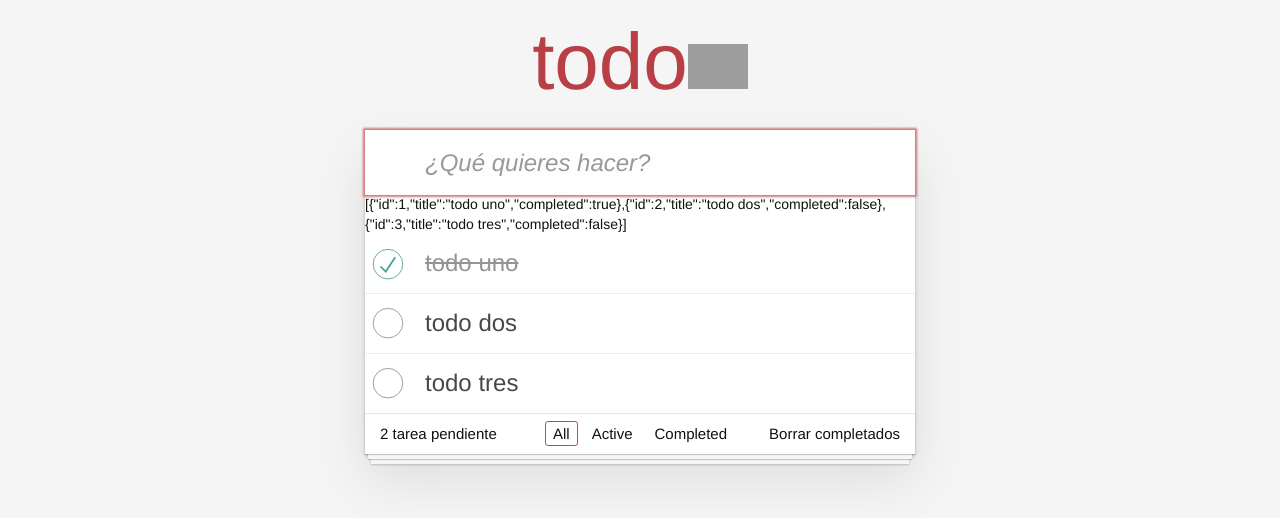
Repository: drsamame/todo-typescript
Page: /
These files come from the project's save history. The page is drawn as it stood at one moment and after the next save; the edit follows.
The browser window is 1280 px wide. The pictures show the whole page.
Pictures or frames that could not be fetched are drawn as grey boxes. The project was rebuilt for these pictures with package versions that can differ from the ones it lists, and the page was loaded fresh each time. Also part of the build but not shown: vite.config.ts.

Above is the page before, as saved 2024-02-29 02:23:50.

### src/App.tsx
import { Todos } from './Components/Todos'
import { Footer } from './Components/Footer'
import { useTodo } from './hooks/useTodo'
import { Header } from './Components/Header'
import { TodoProvider } from './context/todoContext'

const App = (): JSX.Element => {
  const {
    filterSelected,
    activeCount,
    completedCount,
    handleFilterChange,
    filteredTodos,
    handleRemoveAllTodos,
    handleCompleted,
    handleSaveTodo
  } = useTodo()
  return (
    <>
      <div className='todoapp'>
        <TodoProvider>
          <Header saveTodo={handleSaveTodo} />
          {JSON.stringify(filteredTodos)}
          <Todos
            onToggleCompleteTodo={handleCompleted}
          />
          <Footer
            handleFilterChange={handleFilterChange}
            completedCount={completedCount}
            activeCount={activeCount}
            filterSelected={filterSelected}
            onClearCompleted={handleRemoveAllTodos}
          />
        </TodoProvider>
      </div>
    </>
  )
}

export default App

### src/index.css
@charset 'utf-8';

html,
body {
	margin: 0;
	padding: 0;
}

button {
	margin: 0;
	padding: 0;
	border: 0;
	background: none;
	font-size: 100%;
	vertical-align: baseline;
	font-family: inherit;
	font-weight: inherit;
	color: inherit;
	-webkit-appearance: none;
	appearance: none;
	-webkit-font-smoothing: antialiased;
	-moz-osx-font-smoothing: grayscale;
}

body {
	font: 14px 'Helvetica Neue', Helvetica, Arial, sans-serif;
	line-height: 1.4em;
	background: #f5f5f5;
	color: #111111;
	min-width: 230px;
	max-width: 550px;
	margin: 0 auto;
	-webkit-font-smoothing: antialiased;
	-moz-osx-font-smoothing: grayscale;
	font-weight: 300;
}

.hidden {
	display: none;
}

.todoapp {
	background: #fff;
	margin: 130px 0 40px 0;
	position: relative;
	box-shadow: 0 2px 4px 0 rgba(0, 0, 0, 0.2),
	            0 25px 50px 0 rgba(0, 0, 0, 0.1);
}

.todoapp input::-webkit-input-placeholder {
	font-style: italic;
	font-weight: 400;
	color: rgba(0, 0, 0, 0.4);
}

.todoapp input::-moz-placeholder {
	font-style: italic;
	font-weight: 400;
	color: rgba(0, 0, 0, 0.4);
}

.todoapp input::input-placeholder {
	font-style: italic;
	font-weight: 400;
	color: rgba(0, 0, 0, 0.4);
}

.todoapp h1 {
	position: absolute;
	top: -140px;
	width: 100%;
	font-size: 80px;
	font-weight: 200;
	text-align: center;
	color: #b83f45;
	-webkit-text-rendering: optimizeLegibility;
	-moz-text-rendering: optimizeLegibility;
	text-rendering: optimizeLegibility;
}

.new-todo,
.edit {
	position: relative;
	margin: 0;
	width: 100%;
	font-size: 24px;
	font-family: inherit;
	font-weight: inherit;
	line-height: 1.4em;
	color: inherit;
	padding: 6px;
	border: 1px solid #999;
	box-shadow: inset 0 -1px 5px 0 rgba(0, 0, 0, 0.2);
	box-sizing: border-box;
	-webkit-font-smoothing: antialiased;
	-moz-osx-font-smoothing: grayscale;
}

.new-todo {
	padding: 16px 16px 16px 60px;
	height: 65px;
	border: none;
	background: rgba(0, 0, 0, 0.003);
	box-shadow: inset 0 -2px 1px rgba(0,0,0,0.03);
}

.main {
	position: relative;
	z-index: 2;
	border-top: 1px solid #e6e6e6;
}

.toggle-all {
	width: 1px;
	height: 1px;
	border: none; /* Mobile Safari */
	opacity: 0;
	position: absolute;
	right: 100%;
	bottom: 100%;
}

.toggle-all + label {
	display: flex;
	align-items: center;
	justify-content: center;
	width: 45px;
	height: 65px;
	font-size: 0;
	position: absolute;
	top: -65px;
	left: -0;
}

.toggle-all + label:before {
	content: '❯';
	display: inline-block;
	font-size: 22px;
	color: #949494;
	padding: 10px 27px 10px 27px;
	-webkit-transform: rotate(90deg);
	transform: rotate(90deg);
}

.toggle-all:checked + label:before {
	color: #484848;
}

.todo-list {
	margin: 0;
	padding: 0;
	list-style: none;
}

.todo-list li {
	position: relative;
	font-size: 24px;
	border-bottom: 1px solid #ededed;
}

.todo-list li:last-child {
	border-bottom: none;
}

.todo-list li.editing {
	border-bottom: none;
	padding: 0;
}

.todo-list li.editing .edit {
	display: block;
	width: calc(100% - 43px);
	padding: 12px 16px;
	margin: 0 0 0 43px;
}

.todo-list li.editing .view {
	display: none;
}

.todo-list li .toggle {
	text-align: center;
	width: 40px;
	/* auto, since non-WebKit browsers doesn't support input styling */
	height: auto;
	position: absolute;
	top: 0;
	bottom: 0;
	margin: auto 0;
	border: none; /* Mobile Safari */
	-webkit-appearance: none;
	appearance: none;
}

.todo-list li .toggle {
	opacity: 0;
}

.todo-list li .toggle + label {
	/*
		Firefox requires `#` to be escaped - https://bugzilla.mozilla.org/show_bug.cgi?id=922433
		IE and Edge requires *everything* to be escaped to render, so we do that instead of just the `#` - https://developer.microsoft.com/en-us/microsoft-edge/platform/issues/7157459/
	*/
	background-image: url('data:[embedded picture, 299 characters]');
	background-repeat: no-repeat;
	background-position: center left;
}

.todo-list li .toggle:checked + label {
	background-image: url('data:[embedded picture, 414 characters]');
}

.todo-list li label {
	overflow-wrap: break-word;
	padding: 15px 15px 15px 60px;
	display: block;
	line-height: 1.2;
	transition: color 0.4s;
	font-weight: 400;
	color: #484848;
}

.todo-list li.completed label {
	color: #949494;
	text-decoration: line-through;
}

.todo-list li .destroy {
	display: none;
	position: absolute;
	top: 0;
	right: 10px;
	bottom: 0;
	width: 40px;
	height: 40px;
	margin: auto 0;
	font-size: 30px;
	color: #949494;
	transition: color 0.2s ease-out;
}

.todo-list li .destroy:hover,
.todo-list li .destroy:focus {
	color: #C18585;
}

.todo-list li .destroy:after {
	content: '×';
	display: block;
	height: 100%;
	line-height: 1.1;
}

.todo-list li:hover .destroy {
	display: block;
}

.todo-list li .edit {
	display: none;
}

.todo-list li.editing:last-child {
	margin-bottom: -1px;
}

.footer {
	padding: 10px 15px;
	height: 20px;
	text-align: center;
	font-size: 15px;
	border-top: 1px solid #e6e6e6;
}

.footer:before {
	content: '';
	position: absolute;
	right: 0;
	bottom: 0;
	left: 0;
	height: 50px;
	overflow: hidden;
	box-shadow: 0 1px 1px rgba(0, 0, 0, 0.2),
	            0 8px 0 -3px #f6f6f6,
	            0 9px 1px -3px rgba(0, 0, 0, 0.2),
	            0 16px 0 -6px #f6f6f6,
	            0 17px 2px -6px rgba(0, 0, 0, 0.2);
}

.todo-count {
	float: left;
	text-align: left;
}

.todo-count strong {
	font-weight: 300;
}

.filters {
	margin: 0;
	padding: 0;
	list-style: none;
	position: absolute;
	right: 0;
	left: 0;
}

.filters li {
	display: inline;
}

.filters li a {
	color: inherit;
	margin: 3px;
	padding: 3px 7px;
	text-decoration: none;
	border: 1px solid transparent;
	border-radius: 3px;
}

.filters li a:hover {
	border-color: #DB7676;
}

.filters li a.selected {
	border-color: #CE4646;
}

.clear-completed,
html .clear-completed:active {
	float: right;
	position: relative;
	line-height: 19px;
	text-decoration: none;
	cursor: pointer;
}

.clear-completed:hover {
	text-decoration: underline;
}

.info {
	margin: 65px auto 0;
	color: #4d4d4d;
	font-size: 11px;
	text-shadow: 0 1px 0 rgba(255, 255, 255, 0.5);
	text-align: center;
}

.info p {
	line-height: 1;
}

.info a {
	color: inherit;
	text-decoration: none;
	font-weight: 400;
}

.info a:hover {
	text-decoration: underline;
}

/*
	Hack to remove background from Mobile Safari.
	Can't use it globally since it destroys checkboxes in Firefox
*/
@media screen and (-webkit-min-device-pixel-ratio:0) {
	.toggle-all,
	.todo-list li .toggle {
		background: none;
	}

	.todo-list li .toggle {
		height: 40px;
	}
}

@media (max-width: 430px) {
	.footer {
		height: 50px;
	}

	.filters {
		bottom: 10px;
	}
}

:focus,
.toggle:focus + label,
.toggle-all:focus + label {
	box-shadow: 0 0 2px 2px #CF7D7D;
	outline: 0;
}

### src/Components/Todos.tsx
import { Todo } from './Todo'
import { type Todo as TodoType } from '../types'
import { useContext } from 'react'
import { TodoContext } from '../context/todoContext'

interface Props {
  onToggleCompleteTodo: ({
    id,
    completed
  }: Pick<TodoType, 'id' | 'completed'>) => void
}

export const Todos: React.FC<Props> = ({
  onToggleCompleteTodo
}) => {
  const { filteredTodos, removeTodo } = useContext(TodoContext)!
  return (
    <ul className='todo-list'>
      {filteredTodos.map((todo) => {
        return (
          <li key={todo.id} className={`${todo.completed ? ' completed' : ''}`}>
            <Todo
              title={todo.title}
              id={todo.id}
              completed={todo.completed}
              removeTodo={() => removeTodo(todo.id)}
              onToggleCompleteTodo={onToggleCompleteTodo}
            />
          </li>
        )
      })}
    </ul>
  )
}

### src/Components/Footer.tsx
import { type FilterValue } from '../types'
import { Filters } from './Filters'

interface Props {
  handleFilterChange: (filter: FilterValue) => void
  activeCount: number
  completedCount: number
  onClearCompleted: () => void
  filterSelected: FilterValue
}

export const Footer: React.FC<Props> = ({
  activeCount,
  completedCount,
  onClearCompleted,
  filterSelected,
  handleFilterChange
}) => {
  const singleActiveCount = activeCount === 1
  const activeTodoWord = singleActiveCount ? 'tarea' : 'tareas'

  return (
    <footer className="footer">

      <span className="todo-count">
        <strong>{completedCount}</strong> {activeTodoWord} pendiente{!singleActiveCount && 's'}
      </span>

      <Filters filterSelected={filterSelected} handleFilterChange={handleFilterChange} />

      {
        completedCount > 0 && (
          <button
            className="clear-completed"
            onClick={onClearCompleted}>
              Borrar completados
          </button>
        )
      }
    </footer>
  )
}

### src/hooks/useTodo.tsx
import { useReducer } from 'react'
import type {
  FilterValue,
  TodoId,
  TodoTitle,
  Todo as TodoType,
  Action,
  TodoList
} from '../types.d'
import { TODO_FILTERS } from '../consts'

const mockTODOS = [
  {
    id: 1,
    title: 'todo uno',
    completed: true
  },
  {
    id: 2,
    title: 'todo dos',
    completed: false
  },
  {
    id: 3,
    title: 'todo tres',
    completed: false
  }
]

interface typeState {
  todos: TodoList
  filterSelected: FilterValue
}

const initialState: typeState = {
  todos: mockTODOS,
  filterSelected: TODO_FILTERS.ALL
}

function reducer(state: typeState, action: Action): typeState {
  const { type } = action
  switch (type) {
    case 'REMOVE_TODO': {
      const { id } = action.payload
      return {
        ...state,
        todos: state.todos.filter((todo) => todo.id !== id)
      }
    }
    case 'REMOVE_ALL_COMPLETED': {
      return {
        ...state,
        todos: state.todos.filter((todo) => !todo.completed)
      }
    }
    case 'CHECK_TODO': {
      const { id, completed } = action.payload
      return {
        ...state,
        todos: state.todos.map((el) => {
          if (el.id === id) {
            return {
              id: el.id,
              title: el.title,
              completed
            }
          }
          return el
        })
      }
    }
    case 'CHANGE_FILTER': {
      const { filterSelected } = action.payload
      return {
        ...state,
        filterSelected
      }
    }
    case 'SAVE_TODO': {
      const { title } = action.payload
      const newTodo = {
        id: Math.random(),
        title,
        completed: false
      }
      return {
        ...state,
        todos: [...state.todos, newTodo]
      }
    }
    default:
      return state
  }
}

export const useTodo = (): {
  filterSelected: FilterValue
  removeTodo: (id: TodoId) => void
  completedCount: number
  activeCount: number
  handleFilterChange: (filter: FilterValue) => void
  filteredTodos: TodoType[]
  handleRemoveAllTodos: () => void
  handleCompleted: ({
    id,
    completed
  }: Pick<TodoType, 'id' | 'completed'>) => void
  handleSaveTodo: (title: TodoTitle) => void
} => {
  const [{ todos, filterSelected }, dispatch] = useReducer(
    reducer,
    initialState
  )
  const removeTodo = (id: TodoId): void => {
    dispatch({ type: 'REMOVE_TODO', payload: { id } })
  }
  const activeCount = todos.filter((todo) => todo.completed).length
  const completedCount = todos.length - activeCount

  const handleFilterChange = (filter: FilterValue): void => {
    dispatch({ type: 'CHANGE_FILTER', payload: { filterSelected: filter } })
  }

  const filteredTodos = todos.filter((el) => {
    if (filterSelected === TODO_FILTERS.COMPLETED) return el.completed
    if (filterSelected === TODO_FILTERS.ACTIVE) return !el.completed
    return el
  })

  const handleRemoveAllTodos = (): void => {
    dispatch({ type: 'REMOVE_ALL_COMPLETED' })
  }

  const handleCompleted = ({
    id,
    completed
  }: Pick<TodoType, 'id' | 'completed'>): void => {
    dispatch({ type: 'CHECK_TODO', payload: { id, completed } })
  }

  const handleSaveTodo = (title: TodoTitle): void => {
    dispatch({ type: 'SAVE_TODO', payload: { title } })
  }

  return {
    filterSelected,
    removeTodo,
    activeCount,
    completedCount,
    handleFilterChange,
    filteredTodos,
    handleRemoveAllTodos,
    handleCompleted,
    handleSaveTodo
  }
}

### src/Components/Header.tsx
import { CreateTodo } from './CreateTodo'

interface Props {
  saveTodo: (title: string) => void
}

export const Header: React.FC<Props> = ({ saveTodo }) => {
  return (
    <header className='header'>
      <h1>
        todo
        <img
          style={{ width: '60px', height: 'auto' }}
          src='https://upload.wikimedia.org/wikipedia/commons/thumb/4/4c/Typescript_logo_2020.svg/1200px-Typescript_logo_2020.svg.png'
        ></img>
      </h1>

      <CreateTodo saveTodo={saveTodo} />
    </header>
  )
}

### src/context/todoContext.tsx
import { createContext } from 'react'
import { useTodo } from '../hooks/useTodo'
import type { CurrentTodoContextType } from '../types.d'

export const TodoContext = createContext<CurrentTodoContextType | null>(null)

export function TodoProvider({
  children
}: {
  children: React.ReactNode
}): JSX.Element {
  const {
    filteredTodos,
    removeTodo,
    handleFilterChange,
    handleRemoveAllTodos,
    handleCompleted,
    handleSaveTodo
  } = useTodo()
  return (
    <TodoContext.Provider
      value={{
        filteredTodos,
        handleRemoveAllTodos,
        removeTodo,
        handleFilterChange,
        handleCompleted,
        handleSaveTodo
      }}
    >
      {children}
    </TodoContext.Provider>
  )
}

### src/Components/Todo.tsx
import { type Todo as TodoType } from '../types'

interface Props extends TodoType {
  removeTodo: () => void
  onToggleCompleteTodo: ({
    id,
    completed
  }: Pick<TodoType, 'id' | 'completed'>) => void
}

export const Todo: React.FC<Props> = ({ id, title, completed, removeTodo, onToggleCompleteTodo }) => {
  const handleChange = (e: React.ChangeEvent<HTMLInputElement>): void => {
    onToggleCompleteTodo({ id, completed: e.target.checked })
  }
  return (
    <div className='view'>
      <input className='toggle' type='checkbox' checked={completed} onChange={handleChange} />
      <label>{title}</label>
      <button className='destroy' onClick={removeTodo}></button>
    </div>
  )
}

### src/Components/Filters.tsx
import { TODO_FILTERS } from '../consts.js'
import { type FilterValue } from '../types.js'

const FILTERS_BUTTONS = {
  [TODO_FILTERS.ALL]: { literal: 'All', href: `/?filter=${TODO_FILTERS.ALL}` },
  [TODO_FILTERS.ACTIVE]: { literal: 'Active', href: `/?filter=${TODO_FILTERS.ACTIVE}` },
  [TODO_FILTERS.COMPLETED]: { literal: 'Completed', href: `/?filter=${TODO_FILTERS.COMPLETED}` }
} as const

interface Props {
  handleFilterChange: (filter: FilterValue) => void
  filterSelected: typeof TODO_FILTERS[keyof typeof TODO_FILTERS]
}

export const Filters: React.FC<Props> = ({ filterSelected, handleFilterChange }) => {
  const handleClick = (filter: FilterValue) => (e: React.MouseEvent<HTMLAnchorElement>) => {
    e.preventDefault()
    handleFilterChange(filter)
  }

  return (
  <ul className="filters">
    {
      Object.entries(FILTERS_BUTTONS).map(([key, { href, literal }]) => {
        const isSelected = key === filterSelected
        const className = isSelected ? 'selected' : ''

        return (
          <li key={key}>
            <a href={href}
              className={className}
              onClick={handleClick(key as FilterValue)}>{literal}
            </a>
          </li>
        )
      })
    }
  </ul>
  )
}

### src/consts.ts
export const TODO_FILTERS = {
  ALL: 'all',
  ACTIVE: 'active',
  COMPLETED: 'completed'
} as const

export const KEY_CODES = {
  ENTER: 13,
  ESCAPE: 27
} as const

### src/Components/CreateTodo.tsx
import { useState } from 'react'

interface Props {
  saveTodo: (title: string) => void
}

export const CreateTodo: React.FC<Props> = ({ saveTodo }) => {
  const [inputValue, setInputValue] = useState('')

  const handleKeyDown: React.KeyboardEventHandler<HTMLInputElement> = (e) => {
    if (e.key === 'Enter' && inputValue !== '') {
      saveTodo(inputValue)
      setInputValue('')
    }
  }

  return (
    <input
      className='new-todo'
      value={inputValue}
      onChange={(e) => {
        setInputValue(e.target.value)
      }}
      onKeyDown={handleKeyDown}
      placeholder='¿Qué quieres hacer?'
      autoFocus
    />
  )
}

Loaded but not shown: index.html (common file); src/main.tsx (common file)

After the next save:
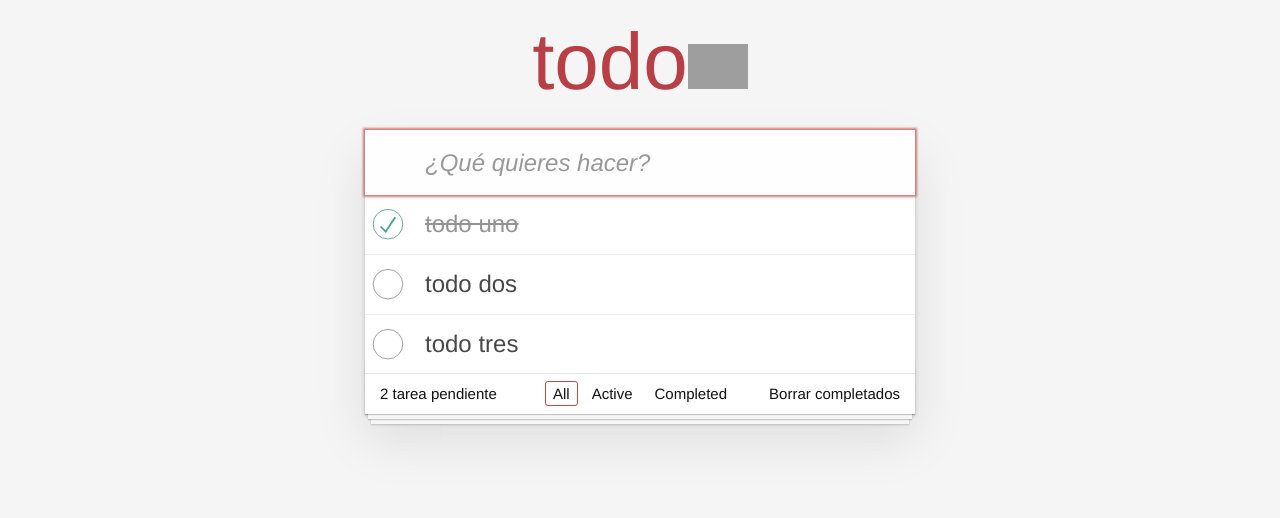
Saved 16 s later.
--- a/src/App.tsx
+++ b/src/App.tsx
@@ -20,7 +20,6 @@ const App = (): JSX.Element => {
       <div className='todoapp'>
         <TodoProvider>
           <Header saveTodo={handleSaveTodo} />
-          {JSON.stringify(filteredTodos)}
           <Todos
             onToggleCompleteTodo={handleCompleted}
           />
